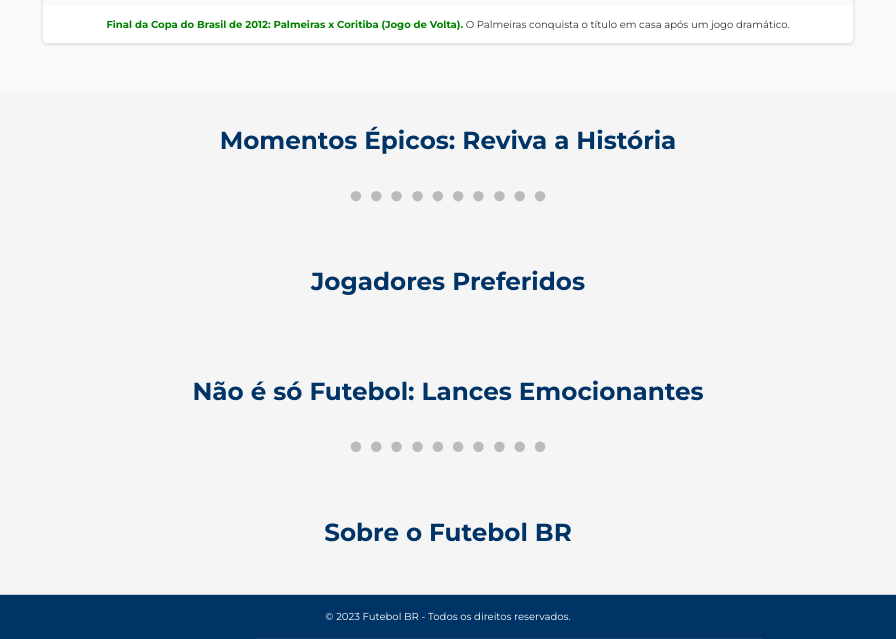
Repository: douglasabnovato/futebol-br
Page: index.html
These files come from the project's save history. The page is drawn as it stood at one moment and after the next save; the edit follows.
The browser window is 1280 px wide. The pictures show the part of the page from y = 2744 to 4664 px (the page is 3657 px tall before and 5257 px after), at 70% of full size.
Pictures or frames that could not be fetched are drawn as grey boxes.

Above is the page before, as saved 2025-08-02 22:44:02.
Console error: TypeError: Cannot read properties of undefined (reading 'style')

### index.html
<!DOCTYPE html>
<html lang="pt-BR">
  <head>
    <meta charset="UTF-8" />
    <meta name="viewport" content="width=device-width, initial-scale=1.0" />
    <title>Futebol BR</title>
    <link rel="preconnect" href="https://fonts.googleapis.com" />
    <link rel="preconnect" href="https://fonts.gstatic.com" crossorigin />
    <link
      href="https://fonts.googleapis.com/css2?family=Montserrat:wght@400;700&display=swap"
      rel="stylesheet"
    />
    <link rel="stylesheet" href="./style.css" />
  </head>
  <body>
    <header class="main-header">
      <div class="container">
        <h1 class="logo">Futebol BR</h1>
        <nav class="main-nav">
          <ul>
            <li><a href="#hero">Home</a></li>
            <li><a href="#historicos">Jogos</a></li>
            <li><a href="#jogadores">Jogadores</a></li>
            <li><a href="#sobre">Sobre</a></li>
          </ul>
        </nav>
      </div>
    </header>

    <main>
      <section id="hero" class="hero">
        <div class="hero-content">
          <h1>O Mundo do Futebol Brasileiro</h1>
          <p>Sua paixão em um só lugar</p>
        </div>
      </section>

      <section id="historicos" class="section">
        <div class="container">
          <h2>Meus Jogos Históricos Preferidos</h2>
          <p class="intro-text">
            A história do futebol brasileiro é rica em momentos mágicos,
            partidas épicas que ecoam na memória dos torcedores e se perpetuam
            através das gerações. Mergulharemos em atmosferas vibrantes de
            estádios lotados, onde a paixão da torcida pulsava em uníssono,
            impulsionando seus times rumo à vitória.
          </p>

          <div class="video-container">
            <iframe
              width="560"
              height="315"
              src="https://www.youtube.com/embed/SEUf87cjeTk?si=iT9-Vn4n8-176l-z"
              title="YouTube video player"
              frameborder="0"
              allow="accelerometer; autoplay; clipboard-write; encrypted-media; gyroscope; picture-in-picture; web-share"
              allowfullscreen
            ></iframe>
            <p class="video-description">
              <strong
                >Final da Copa do Mundo de 1994: Brasil x Itália.</strong
              >
              A emocionante disputa de pênaltis que consagrou o Brasil
              tetracampeão mundial.
            </p>
          </div>

          <div class="video-container">
            <iframe
              width="560"
              height="315"
              src="https://www.youtube.com/embed/4jYrnWw6X3Y?si=vQGj84vj4-5m6_Fk"
              title="YouTube video player"
              frameborder="0"
              allow="accelerometer; autoplay; clipboard-write; encrypted-media; gyroscope; picture-in-picture; web-share"
              allowfullscreen
            ></iframe>
            <p class="video-description">
              <strong
                >Semifinal da Libertadores de 2011: Santos x Corinthians (Ida).</strong
              >
              Um clássico eletrizante com direito a golaço de Neymar e muita
              rivalidade.
            </p>
          </div>

          <div class="video-container">
            <iframe
              width="560"
              height="315"
              src="https://www.youtube.com/embed/ZYk6jx54W0Y?si=b-zB9L7QY-m-6r6v"
              title="YouTube video player"
              frameborder="0"
              allow="accelerometer; autoplay; clipboard-write; encrypted-media; gyroscope; picture-in-picture; web-share"
              allowfullscreen
            ></iframe>
            <p class="video-description">
              <strong
                >Final do Campeonato Brasileiro de 1995: Botafogo x Santos (Jogo
                de Volta).</strong
              >
              O título conquistado pelo Botafogo em um Maracanã lotado após anos
              de jejum.
            </p>
          </div>

          <div class="video-container">
            <iframe
              width="560"
              height="315"
              src="https://www.youtube.com/embed/9a14yq1f_9A?si=mY3R-9C8a6c9v7yR"
              title="YouTube video player"
              frameborder="0"
              allow="accelerometer; autoplay; clipboard-write; encrypted-media; gyroscope; picture-in-picture; web-share"
              allowfullscreen
            ></iframe>
            <p class="video-description">
              <strong
                >Quartas de Final da Copa do Mundo de 2002: Brasil x
                Inglaterra.</strong
              >
              A virada emocionante com o gol de falta magistral de Ronaldinho
              Gaúcho.
            </p>
          </div>

          <div class="video-container">
            <iframe
              width="560"
              height="315"
              src="https://www.youtube.com/embed/x-Xt5j-4mSU?si=i4-6z8b0P-9k7G_p"
              title="YouTube video player"
              frameborder="0"
              allow="accelerometer; autoplay; clipboard-write; encrypted-media; gyroscope; picture-in-picture; web-share"
              allowfullscreen
            ></iframe>
            <p class="video-description">
              <strong
                >Final da Copa do Brasil de 2012: Palmeiras x Coritiba (Jogo de
                Volta).</strong
              >
              O Palmeiras conquista o título em casa após um jogo dramático.
            </p>
          </div>
        </div>
      </section>

      <section id="jogos-historicos-slideshow" class="section">
        <div class="container">
          <h2>Momentos Épicos: Reviva a História</h2>
          <div class="slideshow-container" data-slideshow-id="1">
            <div class="slideshow-item fade">
              <img
                src="./assets/banner-slide-1/jogo-1.jpg"
                alt="Final da Copa de 70: Brasil tricampeão mundial com Pelé."
              />
              <div class="caption">
                <p>
                  Final da Copa de 70: Brasil conquista o tricampeonato com Pelé
                  brilhando.
                </p>
              </div>
            </div>

            <div class="slideshow-item fade">
              <img
                src="./assets/banner-slide-1/jogo-2.jpg"
                alt="A Batalha de Rosário: Argentina vence o Brasil em um jogo tenso."
              />
              <div class="caption">
                A Batalha de Rosário: Argentina vence o Brasil em um jogo tenso
                na Copa de 78.
              </div>
            </div>

            <div class="slideshow-item fade">
              <img
                src="./assets/banner-slide-1/jogo-3.jpg"
                alt="O Milagre de Berna: Alemanha derrota a favorita Hungria na final da Copa de 54."
              />
              <div class="caption">
                O Milagre de Berna: Alemanha derrota a favorita Hungria na final
                da Copa de 54.
              </div>
            </div>

            <div class="slideshow-item fade">
              <img
                src="./assets/banner-slide-1/jogo-4.jpg"
                alt="A Mão de Deus: Maradona marca um gol polêmico contra a Inglaterra em 86."
              />
              <div class="caption">
                A Mão de Deus: Maradona marca um gol polêmico contra a
                Inglaterra em 86.
              </div>
            </div>

            <div class="slideshow-item fade">
              <img
                src="./assets/banner-slide-1/jogo-5.jpg"
                alt="O 7 a 1: Alemanha humilha o Brasil em pleno Mineirão na semifinal de 2014."
              />
              <div class="caption">
                O 7 a 1: Alemanha humilha o Brasil em pleno Mineirão na
                semifinal de 2014.
              </div>
            </div>

            <div class="slideshow-item fade">
              <img
                src="./assets/banner-slide-1/jogo-6.jpg"
                alt="A Remontada Histórica: Barcelona reverte um 4 a 0 contra o PSG na Champions League."
              />
              <div class="caption">
                A Remontada Histórica: Barcelona reverte um 4 a 0 contra o PSG
                na Champions League.
              </div>
            </div>

            <div class="slideshow-item fade">
              <img
                src="./assets/banner-slide-1/jogo-7.jpg"
                alt="O Gol de Ouro de Bierhoff: Alemanha vence a Euro 96 contra a República Tcheca."
              />
              <div class="caption">
                O Gol de Ouro de Bierhoff: Alemanha vence a Euro 96 contra a
                República Tcheca.
              </div>
            </div>

            <div class="slideshow-item fade">
              <img
                src="./assets/banner-slide-1/jogo-8.jpg"
                alt="A Final Épica de 2005: Liverpool busca um empate improvável contra o Milan na Champions."
              />
              <div class="caption">
                A Final Épica de 2005: Liverpool busca um empate improvável
                contra o Milan na Champions.
              </div>
            </div>

            <div class="slideshow-item fade">
              <img
                src="./assets/banner-slide-1/jogo-9.jpg"
                alt="O Centenário do Clássico: Um emocionante Palmeiras x Corinthians com muitos gols."
              />
              <div class="caption">
                O Centenário do Clássico: Um emocionante Palmeiras x Corinthians
                com muitos gols.
              </div>
            </div>

            <div class="slideshow-item fade">
              <img
                src="./assets/banner-slide-1/jogo-10.jpg"
                alt="A Magia de Zico no Maracanã: Um Flamengo x Vasco inesquecível nos anos 80."
              />
              <div class="caption">
                A Magia de Zico no Maracanã: Um Flamengo x Vasco inesquecível
                nos anos 80.
              </div>
            </div>

            <a class="prev">❮</a>
            <a class="next">❯</a>
          </div>
          <div class="slideshow-dots-container">
            <span class="slideshow-dot"></span>
            <span class="slideshow-dot"></span>
            <span class="slideshow-dot"></span>
            <span class="slideshow-dot"></span>
            <span class="slideshow-dot"></span>
            <span class="slideshow-dot"></span>
            <span class="slideshow-dot"></span>
            <span class="slideshow-dot"></span>
            <span class="slideshow-dot"></span>
            <span class="slideshow-dot"></span>
          </div>
        </div>
      </section>

      <section id="jogadores" class="section">
        <div class="container">
          <h2>Jogadores Preferidos</h2>
        </div>
      </section>

      <section id="jogos-historicos-slideshow-2" class="section">
        <div class="container">
          <h2>Não é só Futebol: Lances Emocionantes</h2>
          <div class="slideshow-container" data-slideshow-id="2">
            <div class="slideshow-item fade">
              <img
                src="./assets/banner-slide-2/jogo-1.jpg"
                alt="O Estádio do Maracanã no Rio de Janeiro."
              />
              <div class="caption">
                <p>1. O Estádio do Maracanã no Rio de Janeiro.</p>
              </div>
            </div>

            <div class="slideshow-item fade">
              <img
                src="./assets/banner-slide-2/jogo-2.jpg"
                alt="O Estádio de Wembley em Londres."
              />
              <div class="caption">
                <p>2. O Estádio de Wembley em Londres, durante uma disputa de pênaltis.</p>
              </div>
            </div>

            <div class="slideshow-item fade">
              <img
                src="./assets/banner-slide-2/jogo-3.jpg"
                alt="O Estádio Camp Nou em Barcelona."
              />
              <div class="caption">
                <p>
                  3. O Estádio Camp Nou em Barcelona, durante uma partida da
                  Champions League.
                </p>
              </div>
            </div>

            <div class="slideshow-item fade">
              <img
                src="./assets/banner-slide-2/jogo-4.jpg"
                alt="A Allianz Arena em Munique à noite."
              />
              <div class="caption">
                <p>4. A Allianz Arena em Munique, Alemanha, durante um jogo à noite.</p>
              </div>
            </div>

            <div class="slideshow-item fade">
              <img
                src="./assets/banner-slide-2/jogo-5.jpg"
                alt="O Estádio San Siro em Milão."
              />
              <div class="caption">
                <p>5. O Estádio San Siro em Milão, com um jogador comemorando um gol.</p>
              </div>
            </div>

            <div class="slideshow-item fade">
              <img
                src="./assets/banner-slide-2/jogo-6.jpg"
                alt="O Estádio Azteca na Cidade do México."
              />
              <div class="caption">
                <p>6. O Estádio Azteca na Cidade do México, durante uma partida da Copa do Mundo.</p>
              </div>
            </div>

            <div class="slideshow-item fade">
              <img
                src="./assets/banner-slide-2/jogo-7.jpg"
                alt="O Estádio Parc des Princes em Paris."
              />
              <div class="caption">
                <p>7. O Estádio Parc des Princes em Paris, com um jogador comemorando.</p>
              </div>
            </div>

            <div class="slideshow-item fade">
              <img
                src="./assets/banner-slide-2/jogo-8.jpg"
                alt="O Estádio de Anfield em Liverpool."
              />
              <div class="caption">
                <p>8. O Estádio de Anfield em Liverpool, com a torcida lotada.</p>
              </div>
            </div>

            <div class="slideshow-item fade">
              <img
                src="./assets/banner-slide-2/jogo-9.jpg"
                alt="O Signal Iduna Park em Dortmund."
              />
              <div class="caption">
                <p>
                  9. O Signal Iduna Park em Dortmund, com um mar de torcedores
                  amarelos e pretos.
                </p>
              </div>
            </div>

            <div class="slideshow-item fade">
              <img
                src="./assets/banner-slide-2/jogo-10.jpg"
                alt="O Estádio Santiago Bernabéu em Madri."
              />
              <div class="caption">
                <p>
                  10. O Estádio Santiago Bernabéu em Madri, com um jogador
                  marcando um gol.
                </p>
              </div>
            </div>

            <a class="prev">❮</a>
            <a class="next">❯</a>
          </div>
          <div class="slideshow-dots-container">
            <span class="slideshow-dot"></span>
            <span class="slideshow-dot"></span>
            <span class="slideshow-dot"></span>
            <span class="slideshow-dot"></span>
            <span class="slideshow-dot"></span>
            <span class="slideshow-dot"></span>
            <span class="slideshow-dot"></span>
            <span class="slideshow-dot"></span>
            <span class="slideshow-dot"></span>
            <span class="slideshow-dot"></span>
          </div>
        </div>
      </section>

      <section id="sobre" class="section">
        <div class="container">
          <h2>Sobre o Futebol BR</h2>
        </div>
      </section>
    </main>

    <footer class="main-footer">
      <div class="container">
        <p>© 2023 Futebol BR - Todos os direitos reservados.</p>
      </div>
    </footer>
    <script src="./main.js"></script>
  </body>
</html>

### main.js
let slideIndex = 1;

showSlides(slideIndex);

function plusSlides(n) {
  showSlides((slideIndex += n));
}

function currentSlide(n) {
  showSlides((slideIndex = n));
}

function showSlides(n) {
  let i;
  let slides = document.getElementsByClassName("slide");
  let dots = document.getElementsByClassName("dot");

  if (n > slides.length) {
    slideIndex = 1;
  }
  if (n < 1) {
    slideIndex = slides.length;
  }
  for (i = 0; i < slides.length; i++) {
    slides[i].style.display = "none";
  }
  for (i = 0; i < dots.length; i++) {
    dots[i].className = dots[i].className.replace(" active", "");
  }
  slides[slideIndex - 1].style.display = "block";
  dots[slideIndex - 1].className += " active";
}

// Opcional: Adicionar transição automática
setInterval(() => plusSlides(1), 5000); // Troca de slide a cada 5 segundos

let slideIndex2 = 1;

showSlides2(slideIndex2);

function plusSlides2(n) {
  showSlides2((slideIndex2 += n));
}

function currentSlide2(n) {
  showSlides2((slideIndex2 = n));
}

function showSlides2(n) {
  let i;
  let slides = document.getElementsByClassName("slide2");
  let dots = document.getElementsByClassName("dot2");

  if (n > slides.length) {
    slideIndex2 = 1;
  }
  if (n < 1) {
    slideIndex2 = slides.length;
  }
  for (i = 0; i < slides.length; i++) {
    slides[i].style.display = "none";
  }
  for (i = 0; i < dots.length; i++) {
    dots[i].className = dots[i].className.replace(" active", "");
  }
  slides[slideIndex2 - 1].style.display = "block";
  dots[slideIndex2 - 1].className += " active";
}

// Opcional: Adicionar transição automática
setInterval(() => plusSlides2(1), 5000); // Troca de slide a cada 5 segundos

Loaded but not shown: style.css (322 lines, source omitted)

After the next save:
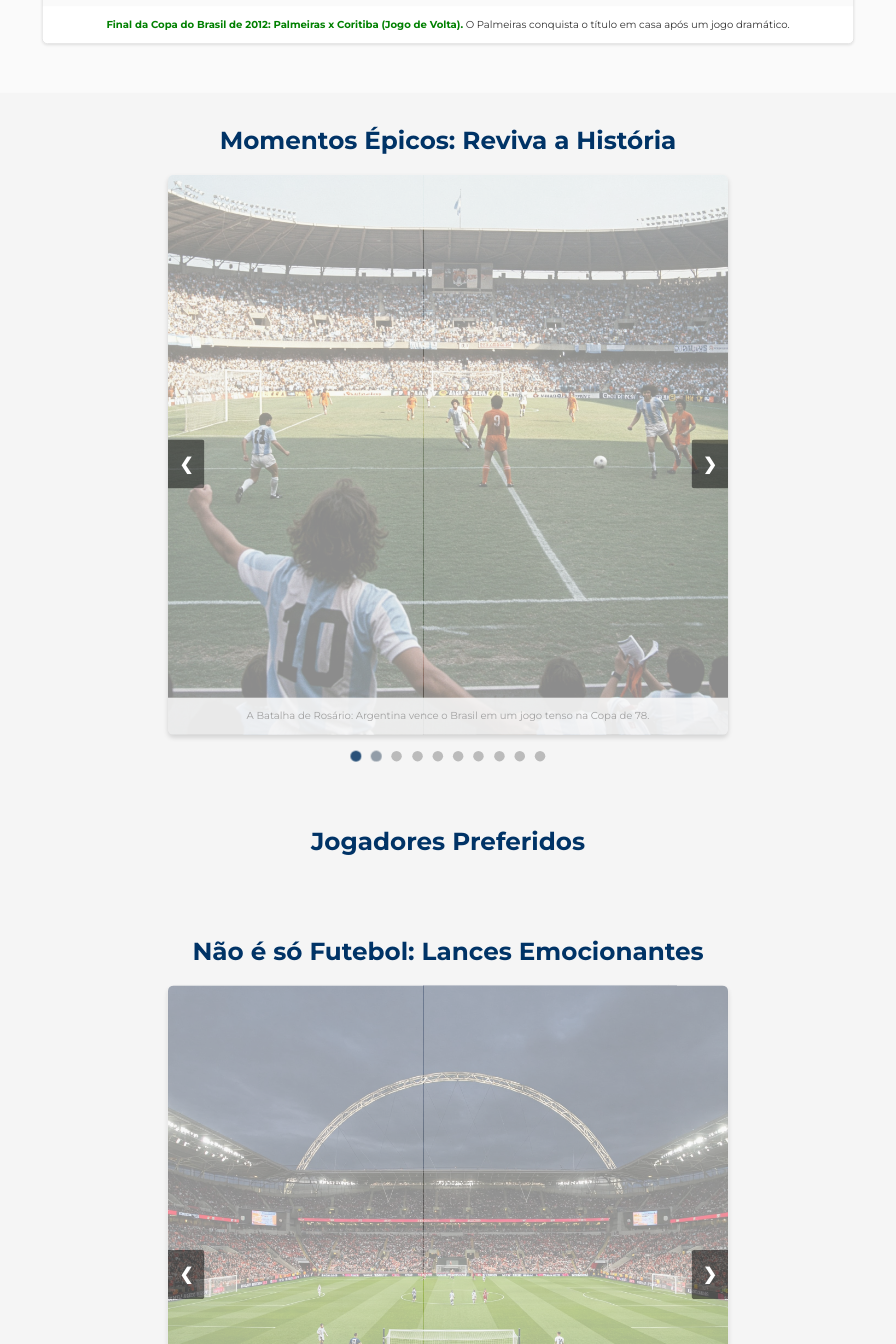
The error is gone.
Saved 13 s later.
--- a/main.js
+++ b/main.js
@@ -1,71 +1,58 @@
-let slideIndex = 1;
+document.addEventListener("DOMContentLoaded", () => {
+  // Encontra todos os slideshows na página
+  const slideshows = document.querySelectorAll(".slideshow-container");
 
-showSlides(slideIndex);
+  slideshows.forEach((container) => {
+    let slideIndex = 1;
 
-function plusSlides(n) {
-  showSlides((slideIndex += n));
-}
+    const slides = container.querySelectorAll(".slideshow-item");
+    const dotsContainer = container.nextElementSibling;
+    const dots = dotsContainer.querySelectorAll(".slideshow-dot");
+    const prevBtn = container.querySelector(".prev");
+    const nextBtn = container.querySelector(".next");
 
-function currentSlide(n) {
-  showSlides((slideIndex = n));
-}
+    function showSlides(n) {
+      if (n > slides.length) {
+        slideIndex = 1;
+      }
+      if (n < 1) {
+        slideIndex = slides.length;
+      }
 
-function showSlides(n) {
-  let i;
-  let slides = document.getElementsByClassName("slide");
-  let dots = document.getElementsByClassName("dot");
+      slides.forEach((slide) => {
+        slide.style.display = "none";
+      });
 
-  if (n > slides.length) {
-    slideIndex = 1;
-  }
-  if (n < 1) {
-    slideIndex = slides.length;
-  }
-  for (i = 0; i < slides.length; i++) {
-    slides[i].style.display = "none";
-  }
-  for (i = 0; i < dots.length; i++) {
-    dots[i].className = dots[i].className.replace(" active", "");
-  }
-  slides[slideIndex - 1].style.display = "block";
-  dots[slideIndex - 1].className += " active";
-}
+      dots.forEach((dot) => {
+        dot.classList.remove("active");
+      });
 
-// Opcional: Adicionar transição automática
-setInterval(() => plusSlides(1), 5000); // Troca de slide a cada 5 segundos
+      slides[slideIndex - 1].style.display = "block";
+      dots[slideIndex - 1].classList.add("active");
+    }
 
-let slideIndex2 = 1;
+    // Event listeners para os botões de navegação
+    prevBtn.addEventListener("click", () => {
+      showSlides((slideIndex -= 1));
+    });
 
-showSlides2(slideIndex2);
+    nextBtn.addEventListener("click", () => {
+      showSlides((slideIndex += 1));
+    });
 
-function plusSlides2(n) {
-  showSlides2((slideIndex2 += n));
-}
+    // Event listeners para os dots
+    dots.forEach((dot, index) => {
+      dot.addEventListener("click", () => {
+        showSlides((slideIndex = index + 1));
+      });
+    });
 
-function currentSlide2(n) {
-  showSlides2((slideIndex2 = n));
-}
+    // Transição automática a cada 5 segundos
+    setInterval(() => {
+      showSlides((slideIndex += 1));
+    }, 5000);
 
-function showSlides2(n) {
-  let i;
-  let slides = document.getElementsByClassName("slide2");
-  let dots = document.getElementsByClassName("dot2");
-
-  if (n > slides.length) {
-    slideIndex2 = 1;
-  }
-  if (n < 1) {
-    slideIndex2 = slides.length;
-  }
-  for (i = 0; i < slides.length; i++) {
-    slides[i].style.display = "none";
-  }
-  for (i = 0; i < dots.length; i++) {
-    dots[i].className = dots[i].className.replace(" active", "");
-  }
-  slides[slideIndex2 - 1].style.display = "block";
-  dots[slideIndex2 - 1].className += " active";
-}
-
-// Opcional: Adicionar transição automática
-setInterval(() => plusSlides2(1), 5000); // Troca de slide a cada 5 segundos
+    // Exibe o primeiro slide ao carregar a página
+    showSlides(slideIndex);
+  });
+});
